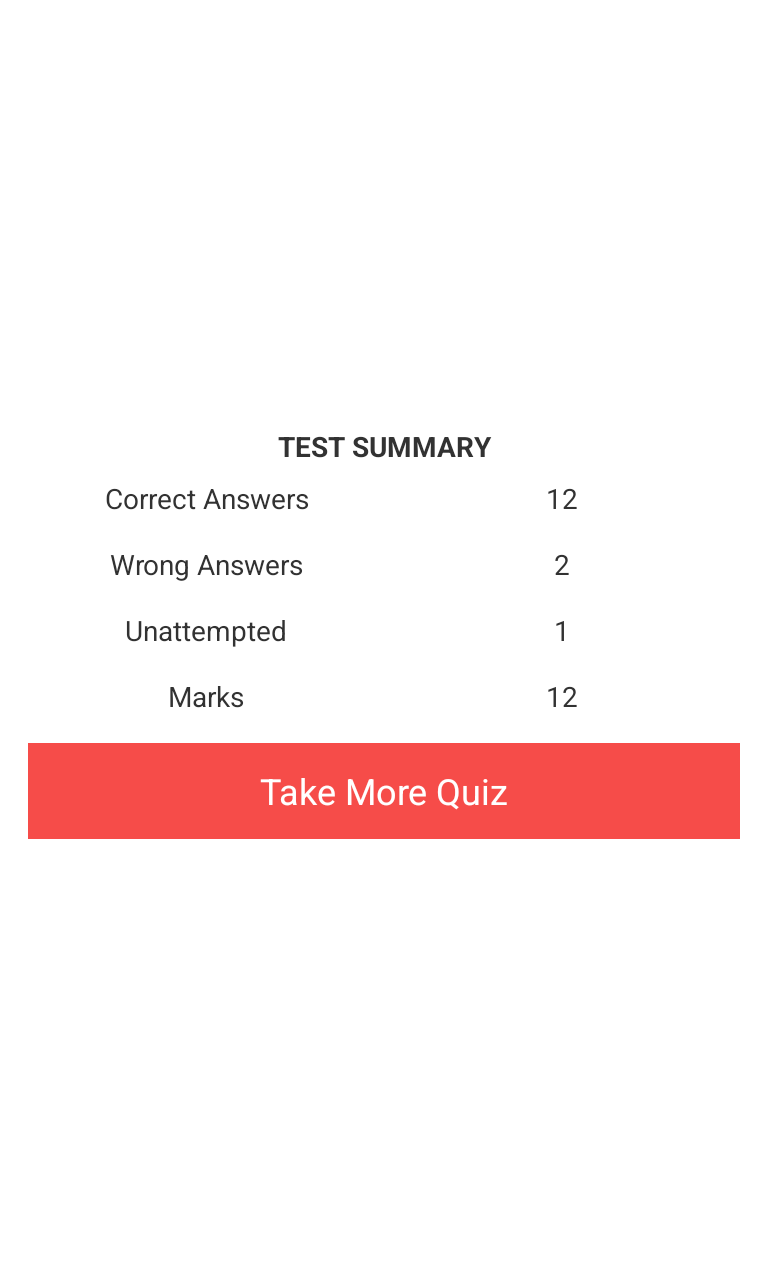
Repository: Harshil737/Career-Launcher
Layout: CareerLauncher/res/layout/activity_test_result_page.xml
The author's editor kept a copy of each file at every save. The layout is drawn from the files as they stood at one save, then again after the next save.
It is drawn on a 768 x 1280 px phone screen (xhdpi) without system bars, with theme AppTheme; the app's code is not run.

Above is the layout before, as saved 2017-11-04 13:04:43.

### CareerLauncher/res/layout/activity_test_result_page.xml
<RelativeLayout xmlns:android="http://schemas.android.com/apk/res/android"
    xmlns:tools="http://schemas.android.com/tools"
    android:layout_width="match_parent"
    android:layout_height="match_parent"
    android:paddingBottom="@dimen/activity_vertical_margin"
    android:paddingLeft="@dimen/activity_horizontal_margin"
    android:paddingRight="@dimen/activity_horizontal_margin"
    android:paddingTop="@dimen/activity_vertical_margin"
    tools:context=".TestResultPage" >

    <LinearLayout
        android:layout_width="match_parent"
        android:layout_height="wrap_content"
        android:layout_centerVertical="true"
        android:gravity="center_vertical"
        android:orientation="vertical" >

        <TextView
            android:layout_width="match_parent"
            android:layout_height="wrap_content"
            android:gravity="center_horizontal"
            android:text="TEST SUMMARY"
            android:textStyle="bold" />

        <LinearLayout
            android:layout_width="match_parent"
            android:layout_height="wrap_content"
            android:layout_margin="7dp"
            android:orientation="horizontal" >

            <TextView
                android:layout_width="0dp"
                android:layout_height="wrap_content"
                android:layout_weight="1"
                android:gravity="center_horizontal"
                android:text="Correct Answers" />

            <TextView
                android:id="@+id/test_result_tv_correct"
                android:layout_width="0dp"
                android:layout_height="wrap_content"
                android:layout_weight="1"
                android:gravity="center_horizontal"
                android:text="12" />
        </LinearLayout>

        <LinearLayout
            android:layout_width="match_parent"
            android:layout_height="wrap_content"
            android:layout_margin="7dp"
            android:orientation="horizontal" >

            <TextView
                android:layout_width="0dp"
                android:layout_height="wrap_content"
                android:layout_weight="1"
                android:gravity="center_horizontal"
                android:text="Wrong Answers" />

            <TextView
                android:id="@+id/test_result_tv_wrong"
                android:layout_width="0dp"
                android:layout_height="wrap_content"
                android:layout_weight="1"
                android:gravity="center_horizontal"
                android:text="2" />
        </LinearLayout>

        <LinearLayout
            android:layout_width="match_parent"
            android:layout_height="wrap_content"
            android:layout_margin="7dp"
            android:orientation="horizontal" >

            <TextView
                android:layout_width="0dp"
                android:layout_height="wrap_content"
                android:layout_weight="1"
                android:gravity="center_horizontal"
                android:text="Unattempted" />

            <TextView
                android:id="@+id/test_result_tv_unattempted"
                android:layout_width="0dp"
                android:layout_height="wrap_content"
                android:layout_weight="1"
                android:gravity="center_horizontal"
                android:text="1" />
        </LinearLayout>

        <LinearLayout
            android:layout_width="match_parent"
            android:layout_height="wrap_content"
            android:layout_margin="7dp"
            android:orientation="horizontal" >

            <TextView
                android:layout_width="0dp"
                android:layout_height="wrap_content"
                android:layout_weight="1"
                android:gravity="center_horizontal"
                android:text="Marks" />

            <TextView
                android:id="@+id/test_result_tv_marks"
                android:layout_width="0dp"
                android:layout_height="wrap_content"
                android:layout_weight="1"
                android:gravity="center_horizontal"
                android:text="12" />
        </LinearLayout>

        <Button
            android:id="@+id/test_result_btn_home"
            android:layout_width="match_parent"
            android:layout_height="wrap_content"
            android:layout_gravity="center_horizontal"
            android:layout_margin="7dp"
            android:layout_marginTop="24dp"
            android:background="#f64c49"
            android:text="Take More Quiz"
            android:textColor="#FFFFFF" />
    </LinearLayout>

</RelativeLayout>

### CareerLauncher/res/values/styles.xml
<resources>

    <style name="AppBaseTheme" parent="android:Theme.Light"></style>

    <!-- Application theme. -->
    <style name="AppTheme" parent="AppBaseTheme"></style>

</resources>

### CareerLauncher/res/values/colors.xml
<?xml version="1.0" encoding="utf-8"?>
<resources>

    <color name="colorPrimary">#3F51B5</color>
    <color name="colorPrimaryDark">#303F9F</color>
    <color name="colorAccent">#FF4081</color>
    <color name="colorWhite">#FFFFFF</color>
    <color name="offWhite">#dcdcdc</color>
    <color name="Black">#000000</color>
    <color name="Green">#388e3c</color>
    <color name="lightGreen">#00c853</color>
    <color name="Grey">#9e9e9e</color>
    <color name="yellow">#ffd600</color>

</resources>

Loaded but not shown: CareerLauncher/res/values-v11/styles.xml (common file); CareerLauncher/res/values-v14/styles.xml (common file); CareerLauncher/res/values/dimens.xml (common file)

After the next save:
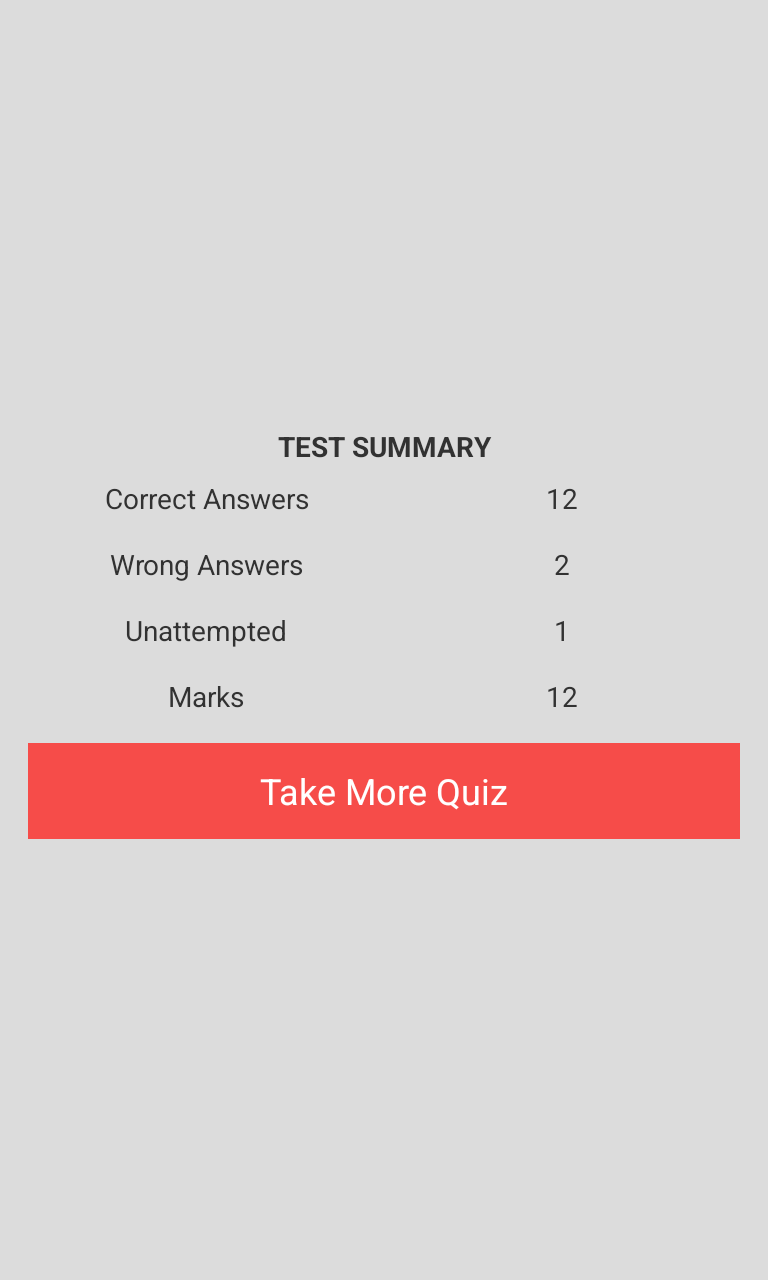
Saved 2 min 27 s later.
--- a/CareerLauncher/res/layout/activity_test_result_page.xml
+++ b/CareerLauncher/res/layout/activity_test_result_page.xml
@@ -2,6 +2,7 @@
     xmlns:tools="http://schemas.android.com/tools"
     android:layout_width="match_parent"
     android:layout_height="match_parent"
+    android:background="@color/offWhite"
     android:paddingBottom="@dimen/activity_vertical_margin"
     android:paddingLeft="@dimen/activity_horizontal_margin"
     android:paddingRight="@dimen/activity_horizontal_margin"
